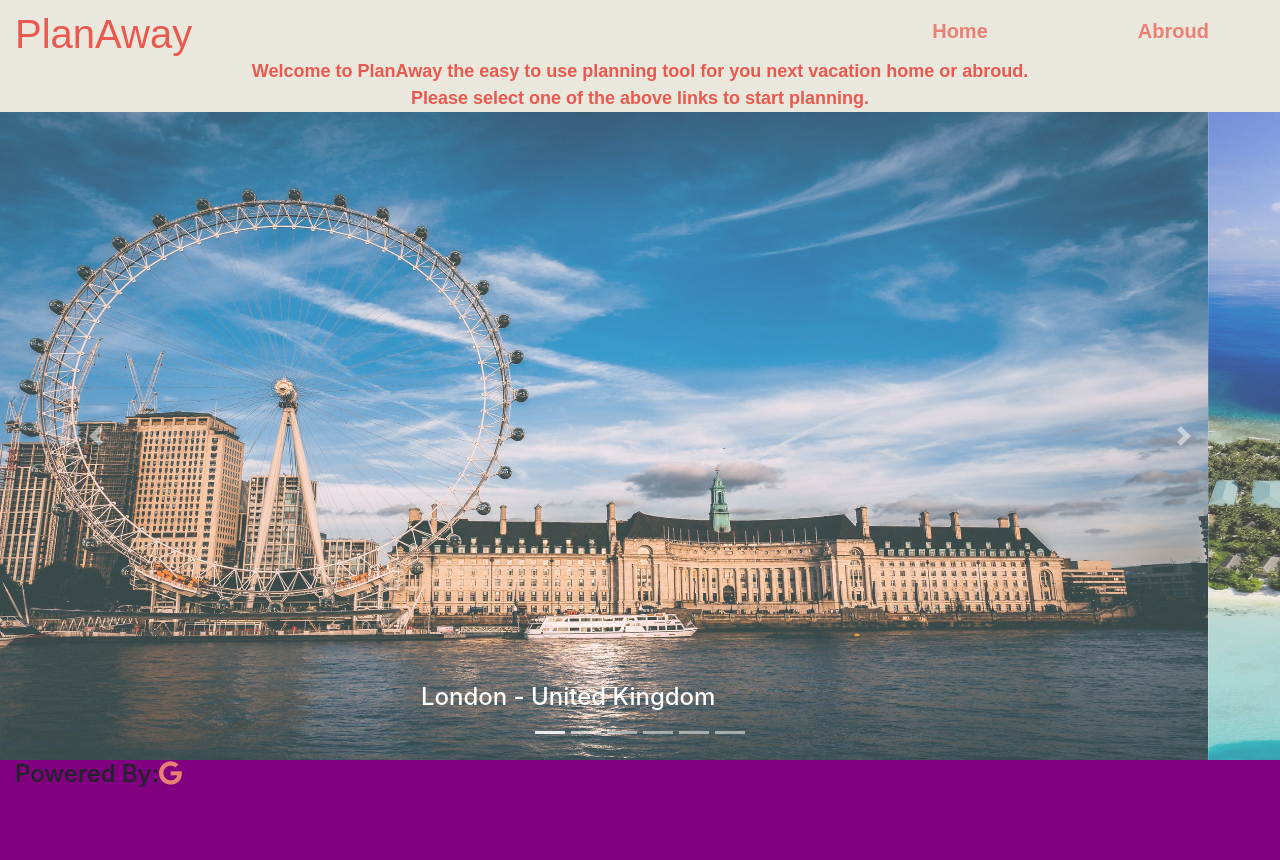
Repository: Brad000/PlanAway-Project
Page: index.html
The author's editor kept a record of every edit. The page is drawn from the files as they stood at one moment, then again after the next edit.
The browser window is 1280 px wide. The pictures show the whole page.
Some icons come from a web library that is not loaded, so they are not drawn. Some web fonts or font styles are not loaded; a fallback is used. Some web libraries are served in a nearby version.

Above is the page before.

### index.html
<!DOCTYPE html>
<html lang="en">

<head>
    <meta charset="UTF-8">
    <meta name="viewport" content="width=device-width, initial-scale=1.0">
    <meta http-equiv="X-UA-Compatible" content="ie=edge">
    <link rel="stylesheet" href="assets/css/style.css" type="text/css" />
    <link rel="stylesheet" href="https://stackpath.bootstrapcdn.com/bootstrap/4.4.1/css/bootstrap.min.css" integrity="sha384-Vkoo8x4CGsO3+Hhxv8T/Q5PaXtkKtu6ug5TOeNV6gBiFeWPGFN9MuhOf23Q9Ifjh" crossorigin="anonymous">
    <script src="https://code.jquery.com/jquery-3.4.1.slim.min.js" integrity="sha384-J6qa4849blE2+poT4WnyKhv5vZF5SrPo0iEjwBvKU7imGFAV0wwj1yYfoRSJoZ+n" crossorigin="anonymous"></script>
    <script src="https://cdn.jsdelivr.net/npm/popper.js@1.16.0/dist/umd/popper.min.js" integrity="sha384-Q6E9RHvbIyZFJoft+2mJbHaEWldlvI9IOYy5n3zV9zzTtmI3UksdQRVvoxMfooAo" crossorigin="anonymous"></script>
    <script src="https://stackpath.bootstrapcdn.com/bootstrap/4.4.1/js/bootstrap.min.js" integrity="sha384-wfSDF2E50Y2D1uUdj0O3uMBJnjuUD4Ih7YwaYd1iqfktj0Uod8GCExl3Og8ifwB6" crossorigin="anonymous"></script>
    <script src="https://kit.fontawesome.com/5655c570e1.js" crossorigin="anonymous"></script>
    <title>PlanAway - Plan your next vacation</title>
</head>

<body>

    <header class="container-fluid">
        <div class="row">
            <div class="col-12 col-md-8 site-heading">
                <h1 class="site-name">PlanAway<i class="fal fa-plane-departure site-logo"></i></h1>
            </div>
            <div class="col-6 col-md-2 site-heading">
                <a href="home.html" id="a-links">
                    <h5 class="link-text"><i class="fal fa-home site-links"></i>Home</h5>
                </a>
            </div>
            <div class="col-6 col-md-2 site-heading">
                <a href="abroud.html" id="a-links">
                    <h5 class="link-text"><i class="fal fa-globe-americas site-links"></i>Abroud</h5>
                </a>
            </div>
            <div class="col-12 site-heading">
                <p class="site-brief">Welcome to PlanAway the easy to use planning tool for you next vacation home or abroud.</p>
                <p class="site-brief">Please select one of the above links to start planning.</p>
            </div>
        </div>
    </header>

    <section class="container-fluid" id="image">
        <div class="row no-gutters">
            <div class="col-12 image">
                <div id="carouselExampleCaptions" class="carousel slide" data-ride="carousel">
                    <ol class="carousel-indicators">
                        <li data-target="#carouselExampleCaptions" data-slide-to="0" class="active"></li>
                        <li data-target="#carouselExampleCaptions" data-slide-to="1"></li>
                        <li data-target="#carouselExampleCaptions" data-slide-to="2"></li>
                        <li data-target="#carouselExampleCaptions" data-slide-to="3"></li>
                        <li data-target="#carouselExampleCaptions" data-slide-to="4"></li>
                        <li data-target="#carouselExampleCaptions" data-slide-to="5"></li>
                    </ol>
                    <div class="carousel-inner">
                        <div class="carousel-item active">
                            <img src="assets/images/london.jpeg" class="d-block w-100 main-images" alt="London eye and houses of parlament - United Kingdom">
                            <div class="carousel-caption d-none d-md-block">
                                <h4>London - United Kingdom</h4>
                            </div>
                        </div>
                        <div class="carousel-item">
                            <img src="assets/images/maldives.jpeg" class="d-block w-100 main-images" alt="Islands of the Maldives">
                            <div class="carousel-caption d-none d-md-block">
                                <h4>Maldives Islands</h4>
                            </div>
                        </div>
                        <div class="carousel-item">
                            <img src="assets/images/times-square.jpeg" class="d-block w-100 main-images" alt="Times square - New York City">
                            <div class="carousel-caption d-none d-md-block">
                                <h4>New York City - USA</h4>
                            </div>
                        </div>
                        <div class="carousel-item">
                            <img src="assets/images/dubai.jpeg" class="d-block w-100 main-images" alt="Burj Khalifa - Dubai">
                            <div class="carousel-caption d-none d-md-block">
                                <h4>Dubai - UAE</h4>
                            </div>
                        </div>
                        <div class="carousel-item">
                            <img src="assets/images/paris.jpeg" class="d-block w-100 main-images" alt="Eiffel Tower - Paris">
                            <div class="carousel-caption d-none d-md-block">
                                <h4>Paris - France</h4>
                            </div>
                        </div>
                        <div class="carousel-item">
                            <img src="assets/images/bora-bora.jpeg" class="d-block w-100 main-images" alt="Water villa - Islands of Bora Bora">
                            <div class="carousel-caption d-none d-md-block">
                                <h4>Bora Bora Islands</h4>
                            </div>
                        </div>
                    </div>
                    <a class="carousel-control-prev" href="#carouselExampleCaptions" role="button" data-slide="prev">
    <span class="carousel-control-prev-icon" aria-hidden="true"></span>
    <span class="sr-only">Previous</span>
  </a>
                    <a class="carousel-control-next" href="#carouselExampleCaptions" role="button" data-slide="next">
    <span class="carousel-control-next-icon" aria-hidden="true"></span>
    <span class="sr-only">Next</span>
  </a>
                </div>
            </div>
        </div>
    </section>
    <footer class="container-fluid">
        <div class="row">
            <div class="col-12 footer">
                <h4>Powered By:<a href="https://www.google.com/" id="a-links" target="_blank"><i class="fab fa-google"></i></a></h4>
            </div>
        </div>
    </footer>



</body>

</html>

### assets/css/style.css
@import url('https://fonts.googleapis.com/css?family=Gayathri:100,200,300,400,500,600,700');

/*---Landing Page---*/

.site-heading {
    background-color: #eae7dc;
    color: #e85a4f;
}

.site-name {
    font-family: 'Gayathri', sans-serif;
    margin-top: 10px;
    margin-bottom: 0;
    text-align: center;
}

.site-logo {
    margin-left: 10px;
}

.site-links {
    text-align: center;
    font-size: 40px;
    margin-top: 10px;
}

.link-text {
    text-align: center;
    font-family: 'Gayathri', sans-serif;
    font-weight: 600;
}

#a-links {
    text-decoration: none;
    cursor: pointer;
    color: #e98074;
    transition: color 0.5s ease-in-out;
    -moz-transition: color 0.5s ease-in-out;
    -webkit-transition: color 0.5s ease-in-out;
    -o-transition: color 0.5s ease-in-out;
}

#a-links:hover {
    color: #e85a4f;
}

.site-brief {
    font-family: 'Gayathri', sans-serif;
    text-align: center;
    font-size: 12px;
    font-weight: 700;
    padding: 0;
    margin: 0;
}

#image {
    padding: 0;
}

.main-images {
    opacity: 0.78;
}

#indicators {
    background-color: #0d1417;
    color: #0d1417;
}

.footer {
    height: 100px;
    background-color: purple;
}

img {
    height: 90vh;
}



/*---Media Queries---*/

@media(min-width: 767px){
    .site-name {
        text-align: left;
    }
    .site-brief {
        font-size: 18px;
    }
}

After the next edit:
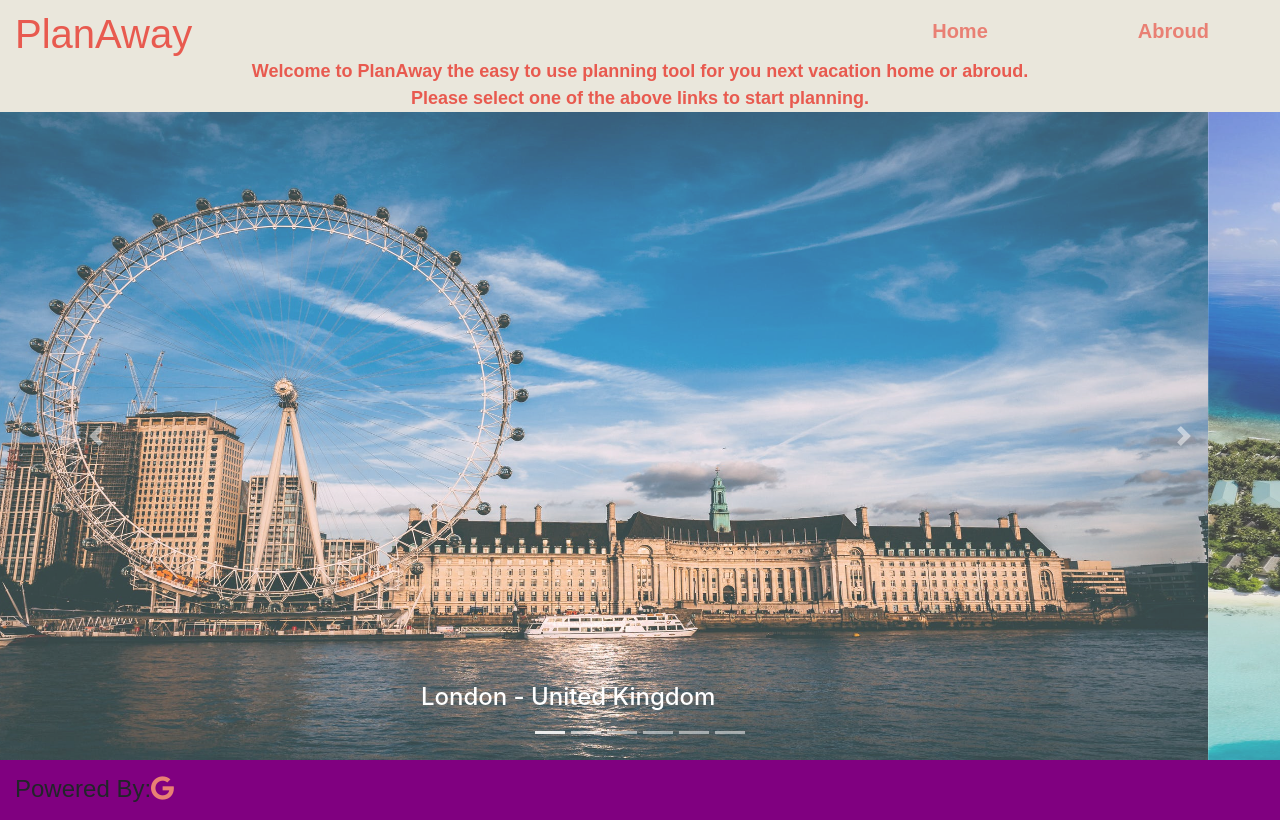
The edit:
--- a/assets/css/style.css
+++ b/assets/css/style.css
@@ -67,7 +67,10 @@
 }
 
 .footer {
-    height: 100px;
+    height: 60px;
+    font-weight: 700;
+    font-family: 'Gayathri', sans-serif;
+    padding-top: 15px;
     background-color: purple;
 }
 
